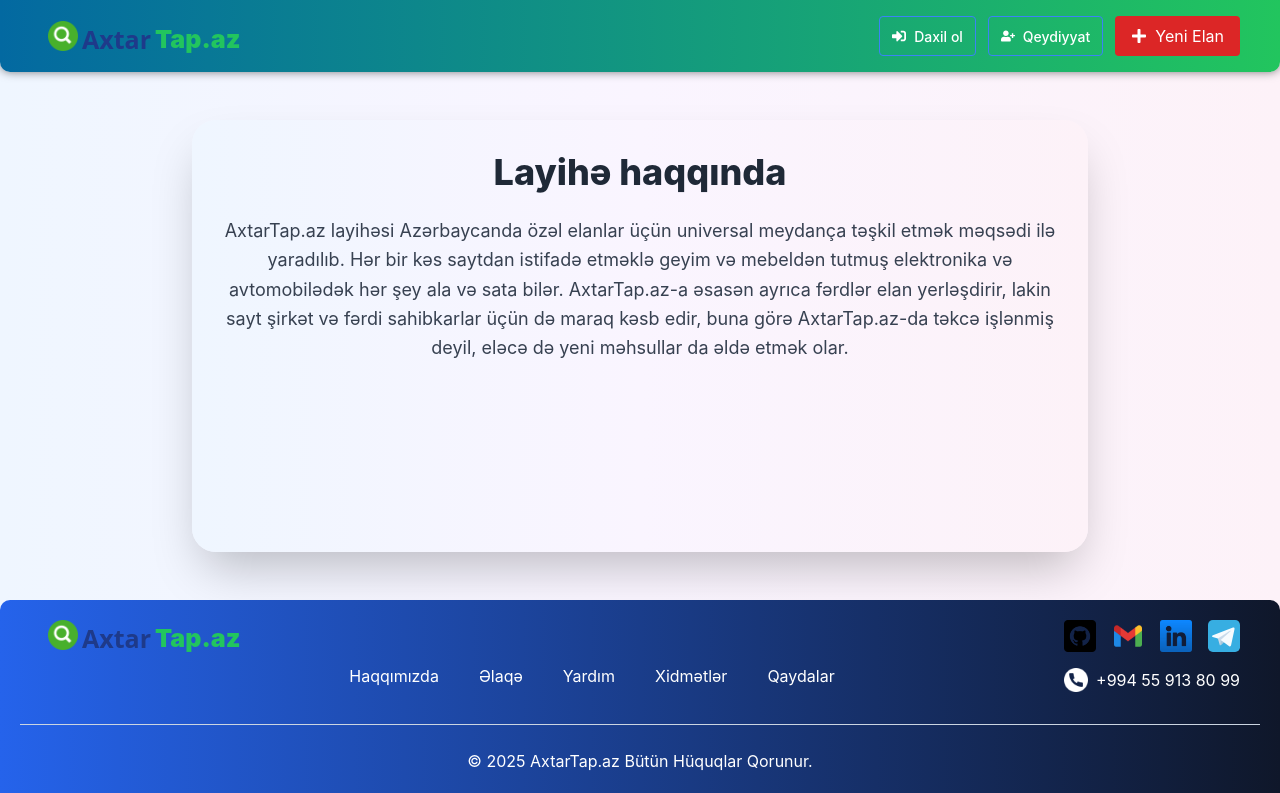
Repository: Omur56/AxtarTap.az
Page: /about
These files come from the project's save history. The page is drawn as it stood at one moment and after the next save; the edit follows.
The browser window is 1280 px wide. The pictures show the whole page.
The project was rebuilt for these pictures with package versions that can differ from the ones it lists, and the page was loaded fresh each time. Some packages were replaced by stand-ins written for this rebuild. Also part of the build but not shown: src/pages/Katalog/Cateqories/index.jsx, src/pages/Katalog/index.jsx, src/pages/Contact/index.jsx, src/pages/Qaydalar/index.jsx, src/pages/Yardım/index.jsx, src/pages/Xidmetler/index.jsx, src/pages/Home/index.jsx, src/components/CreatePostNeqliyyat/index.jsx and 32 more.

Above is the page before, as saved 2025-08-21 19:34:16.

After the next save:
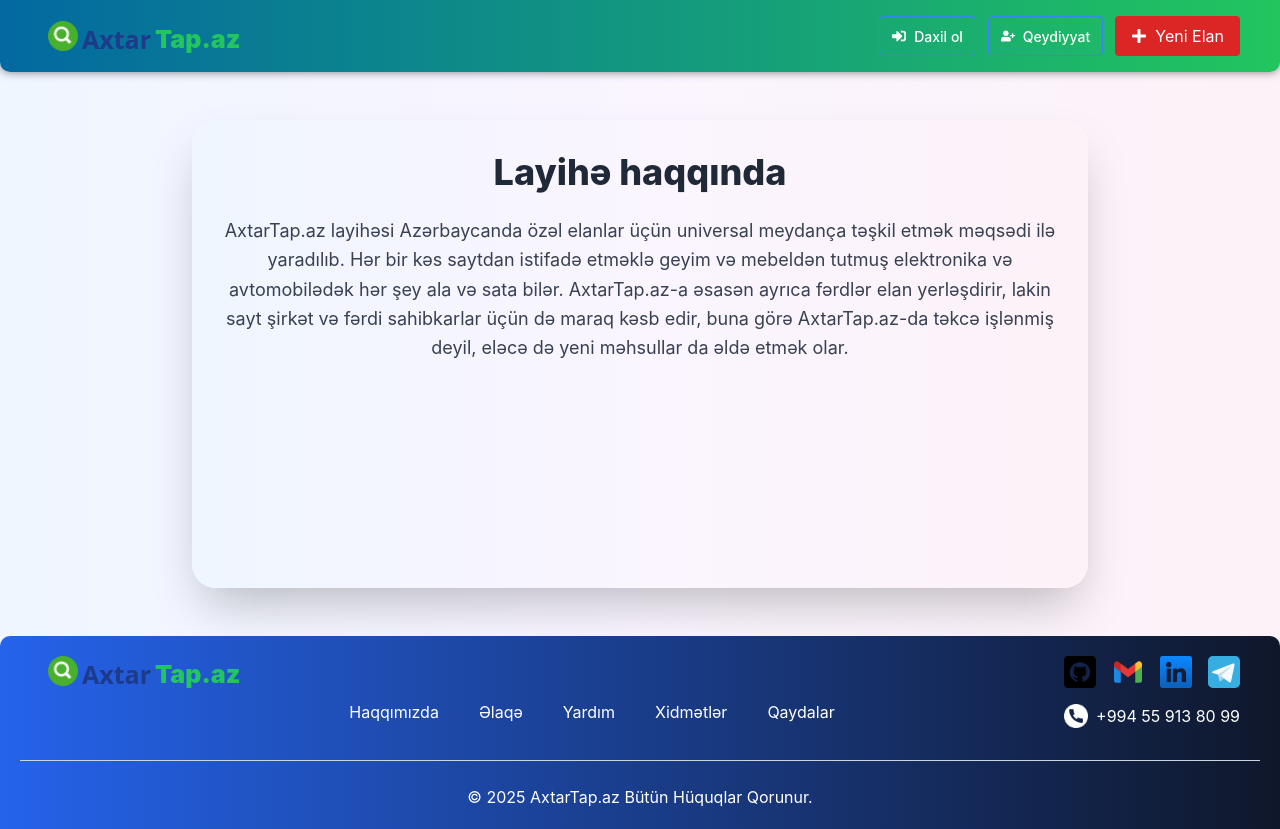
Saved 8 s later.
--- a/src/pages/About/index.jsx
+++ b/src/pages/About/index.jsx
@@ -8,7 +8,7 @@ return( <div>
 
 
 
-<div className="max-w-4xl mx-auto p-8 mt-12 mb-12 min-h-[60vh] bg-gradient-to-r from-blue-50 via-purple-50 to-pink-50 rounded-3xl shadow-2xl">
+<div className="max-w-4xl mx-auto p-8 mt-12 mb-12 min-h-[65vh] bg-gradient-to-r from-blue-50 via-purple-50 to-pink-50 rounded-3xl shadow-2xl">
   <h2 className="text-4xl font-extrabold text-gray-800 mb-6 text-center">Layihə haqqında</h2>
 
   <p className="text-gray-700 text-lg leading-relaxed text-center">
